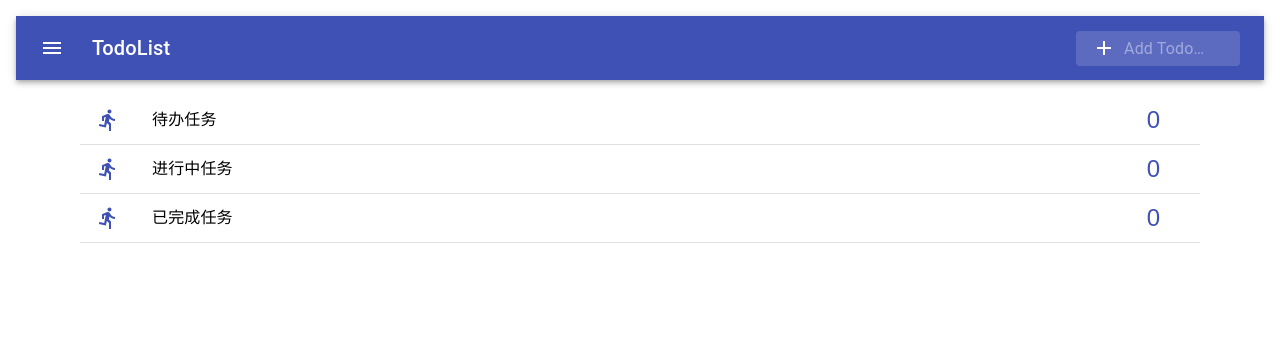
Repository: harperl71/TodoList
Page: /
These files come from the project's save history. The page is drawn as it stood at one moment and after the next save; the edit follows.
The browser window is 1280 px wide. The pictures show the whole page.
The project was rebuilt for these pictures with package versions that can differ from the ones it lists, and the page was loaded fresh each time. Also part of the build but not shown: src/components/content/task-item/index.tsx.

Above is the page before, as saved 2021-05-21 10:18:38.

After the next save:
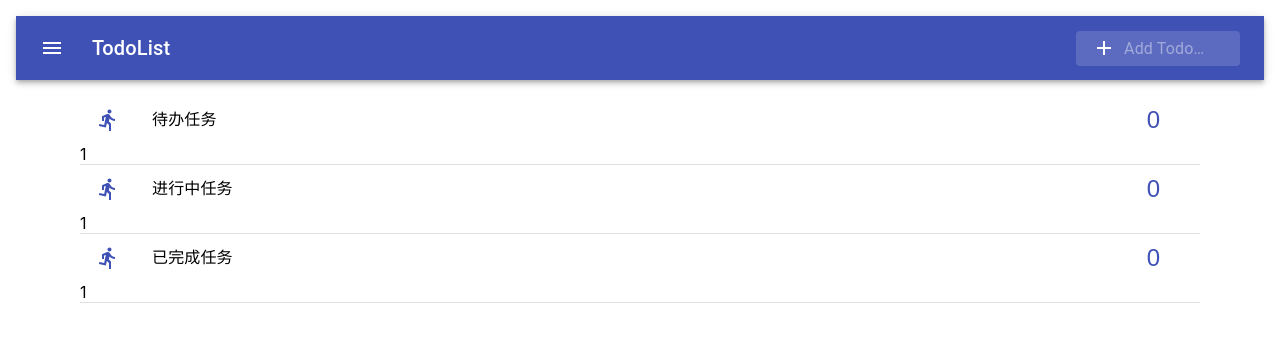
Saved 27 s later.
--- a/src/components/content/task-list/index.tsx
+++ b/src/components/content/task-list/index.tsx
@@ -66,13 +66,14 @@
         </IconButton>
       </ListItem>
       <ListItem className={classes.listContent}>
-        {todoList
+        {/* {todoList
           .filter((item) => {
             return item.status === status;
           })
           .map((item) => {
             return <TaskItem />;
-          })}
+          })} */}
+        1
       </ListItem>
       <Divider />
     </List>

After the save that followed:
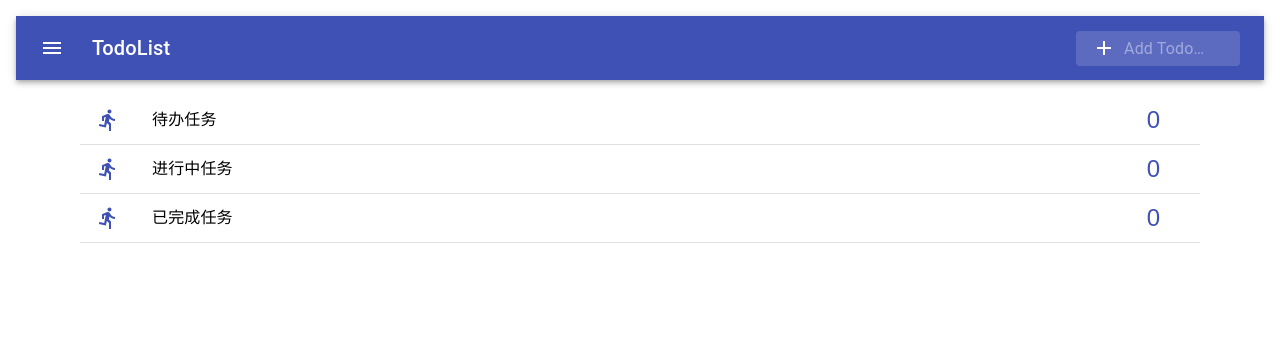
Saved 8 s later.
--- a/src/components/content/task-list/index.tsx
+++ b/src/components/content/task-list/index.tsx
@@ -66,14 +66,13 @@
         </IconButton>
       </ListItem>
       <ListItem className={classes.listContent}>
-        {/* {todoList
+        {todoList
           .filter((item) => {
             return item.status === status;
           })
           .map((item) => {
             return <TaskItem />;
-          })} */}
-        1
+          })}
       </ListItem>
       <Divider />
     </List>
